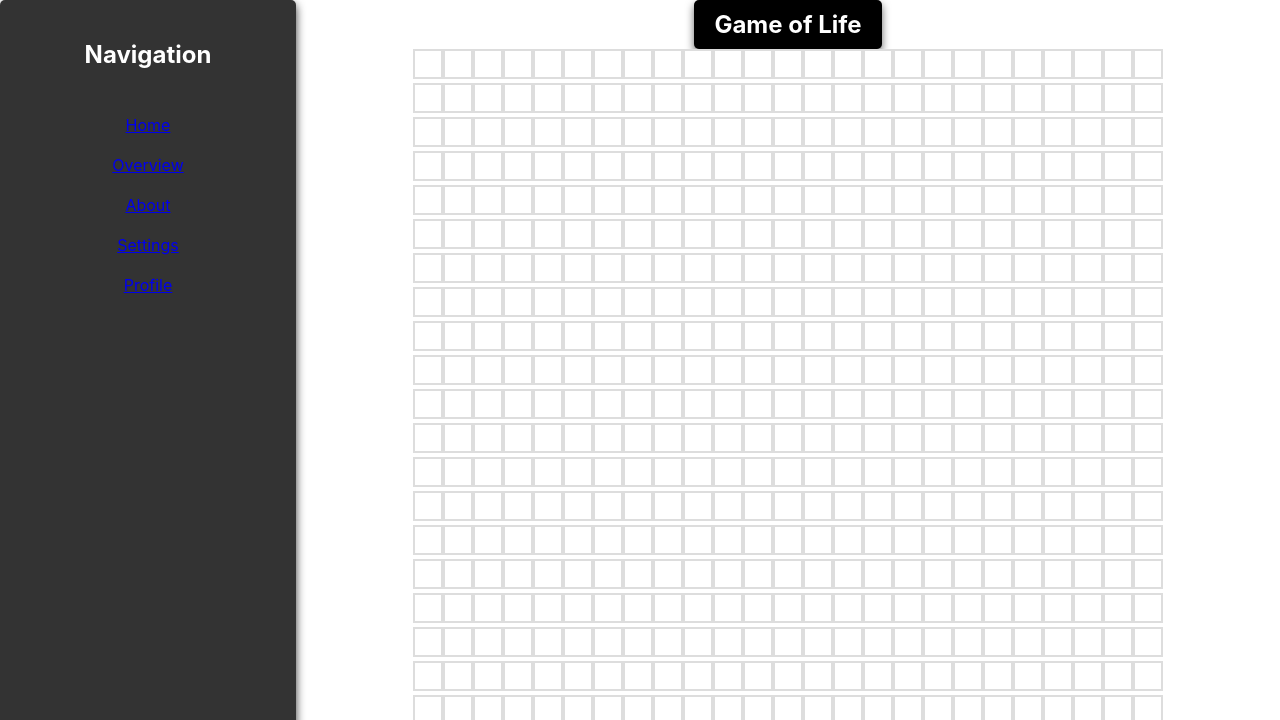
Repository: MarioDiekmann/GameOfLife
Page: /
These files come from the project's save history. The page is drawn as it stood at one moment and after the next save; the edit follows.
The browser window is 1280 px wide. The pictures show the whole page.
An inner scrolling area shows only its first screen. The project was rebuilt for these pictures with package versions that can differ from the ones it lists, and the page was loaded fresh each time. Also part of the build but not shown: src/components/InputForm.js, src/components/LoadPatternForm.js, src/components/RegistrationForm.js, src/components/LoginForm.js, src/pages/Overview.js.

Above is the page before, as saved 2024-11-06 23:26:57.

### src/App.js
import React from 'react';
import { BrowserRouter as Router, Route, Routes } from 'react-router-dom';
import Game from './components/Game';
import Overview from './pages/Overview';
import './App.css';
import {AuthProvider} from './AuthContext';


function App() {
  return (
    <AuthProvider>
    <Router>
      <div className="App">
        <Routes>
          <Route path="/" element={<Game/>} />
          <Route path="/Overview" element={<Overview/>} />
        </Routes>
      </div>
    </Router>
    </AuthProvider>
  );
}

export default App;

### src/AuthContext.js
import React, { createContext, useState, useEffect, useRef, useCallback } from 'react';

export const AuthContext = createContext();

export const AuthProvider = ({ children }) => {
    const [token, setToken] = useState(localStorage.getItem('authToken'));
    const tokenRef = useRef(token);
    const expirationCheckInterval = useRef(null);

    const isTokenExpired = (token) => {
        if (!token) return true;
        try {
            const { exp } = JSON.parse(atob(token.split('.')[1]));
            return Date.now() >= exp * 1000;
        } catch (error) {
            console.error('Error checking token expiration:', error);
            return true;
        }
    };

    const handleLogout = useCallback(() => {
        console.log('Logging out, clearing token');
        localStorage.removeItem('authToken');
        setToken(null);
        tokenRef.current = null;
        clearInterval(expirationCheckInterval.current);
    }, []);

    const handleExpirationAlert = useCallback(() => {
        console.log('Session expired, alerting user');
        alert('Your session has expired. Please log in again.');
        handleLogout();
    }, [handleLogout]);

    const handleLogin = (newToken) => {
        console.log('Logging in with new token:', newToken);
        localStorage.setItem('authToken', newToken);
        setToken(newToken);
        tokenRef.current = newToken;

        // Check for expiration immediately
        if (isTokenExpired(newToken)) {
            handleExpirationAlert();
        } else {
            startExpirationCheck();
        }
    };

    const startExpirationCheck = useCallback(() => {
        console.log('Starting expiration check interval');
        clearInterval(expirationCheckInterval.current);
        expirationCheckInterval.current = setInterval(() => {
            console.log('Interval tick, checking token expiration');
            if (isTokenExpired(tokenRef.current)) {
                handleExpirationAlert();
            }
        }, 1000);
    }, [handleExpirationAlert]);

    useEffect(() => {
        console.log('useEffect triggered: token is', token);
        tokenRef.current = token;

        if (token) {
            console.log('Token is set, starting expiration check');
            startExpirationCheck();
        } else {
            console.log('No token, clearing interval');
            clearInterval(expirationCheckInterval.current);
        }

        return () => {
            console.log('Clearing interval on unmount or dependency change');
            clearInterval(expirationCheckInterval.current);
        };
    }, [token, startExpirationCheck]);

    return (
        <AuthContext.Provider value={{ token, handleLogin, handleLogout }}>
            {children}
        </AuthContext.Provider>
    );
};

### src/components/Cell.js
import React, { useEffect, useState } from 'react';
import './Cell.css';

const Cell = ({ isAlive, onClick, numResizes }) => {
  const [cellSize, setCellSize] = useState(0);

  useEffect(() => {
    // Update cell size based on screen width and height
    const updateCellSize = () => {
      const screenWidth = window.innerWidth;
      const screenHeight = window.innerHeight;

      // Calculate the number of cells that can fit horizontally and vertically
      const cellsPerRow = Math.floor(screenWidth / 30);
      const cellsPerColumn = Math.floor(screenHeight / 30);

      // Choose the smaller of the two values to ensure the grid fits within the screen
      const screenCellSize = Math.min(screenWidth / cellsPerRow, screenHeight / cellsPerColumn);

      // Apply resizing logic with numResizes
      const finalCellSize = screenCellSize / Math.pow(2, numResizes);

      setCellSize(finalCellSize);
    };

    // Call once on mount and whenever the window is resized
    updateCellSize();
    window.addEventListener('resize', updateCellSize);

    return () => {
      window.removeEventListener('resize', updateCellSize);
    };
  }, [numResizes]);

  return (
    <div
      className={`cell ${isAlive ? 'alive' : 'dead'}`}
      onClick={onClick}
      style={{
        width: `${cellSize}px`,
        height: `${cellSize}px`,
      }}
    ></div>
  );
};

export default Cell;

### src/components/Game.css
/* Set the html and body to occupy the full viewport height */
html, body {
    height: 100%;
    margin: 0;
    overflow: hidden; /* Prevent scrolling */
}

#root, .Game-container {
    height: 100%;
    display: flex;
    flex-direction: column;
}

/* Center and control the size of the grid and buttons container */
.grid-container {
    flex-grow: 1;
    overflow: auto;
    display: flex;
    flex-direction: column;
    align-items: center;
    justify-content: center;
    max-height: 70vh; /* Limit grid height */
}

.button-container {
    display: flex;
    justify-content: center;
    margin-top: 10px;
}

.banner {
    background-color: black;
    padding: 10px 20px;
    text-align: center;
    box-shadow: 0 4px 8px rgba(0, 0, 0, 0.6);
    border-radius: 5px;
}

.banner h1 {
    color: white;
    font-size: 2.5em;
    text-shadow: 2px 2px 5px rgba(0, 0, 0, 0.8);
    margin: 0;
}

.button {
    background-color: black;
    color: white;
    padding: 10px 20px;
    border: none;
    border-radius: 5px;
    cursor: pointer;
    margin: 5px;
    text-shadow: 2px 2px 5px rgba(0, 0, 0, 0.8);
}

.button:hover {
    background-color: #333;
}

.button:disabled {
    background-color: #ccc;
    color: #666;
    cursor: not-allowed;
}

/* Overlay for modals */
.popup-overlay {
    position: fixed;
    top: 0;
    left: 0;
    width: 100vw;
    height: 100vh;
    background: rgba(0, 0, 0, 0.5);
    display: flex;
    justify-content: center;
    align-items: center;
    z-index: 1000;
}

.popup-content {
    background: white;
    padding: 20px;
    border-radius: 8px;
    box-shadow: 0 4px 8px rgba(0, 0, 0, 0.1);
    width: 300px;
}

### src/components/NavBar.js
import React from 'react';
import { Link } from 'react-router-dom';
import './NavBar.css';

const NavBar = () => {
    const navItems = [
        { name: "Home", path: "/" },
        { name: "Overview", path: "/Overview" },
        { name: "About", path: "/about" },
        { name: "Settings", path: "/settings" },
        { name: "Profile", path: "/profile" },
    ];

    return (
        <div className="navbar">
            <h2>Navigation</h2>
            <ul>
                {navItems.map((item, index) => (
                    <li key={index}>
                        <Link to={item.path}>{item.name}</Link>
                    </li>
                ))}
            </ul>
        </div>
    );
};

export default NavBar;

### src/pages/Overview.css
/* Overview.css */
.overview-container {
    display: flex;
    height: 100vh;
}

.navbar {
    width: 20%;
    background-color: #333;
    color: #fff;
    display: flex;
    flex-direction: column;
    align-items: center;
    padding-top: 20px;
    min-height: 100%;
}

.content {
    flex: 1;
    display: flex;
    flex-direction: column;
    align-items: center;
    padding: 20px;
}

.banner h1 {
    color: white;
    font-size: 1.5em;
    text-shadow: 1px 1px 2px rgba(0, 0, 0, 0.5);
    margin: 0;
}

.text-content {
    margin-top: 20px;
    color: #333;
    text-align: center;
    font-size: 1.2em;
}

### src/components/Cell.css
.cell {
  display: inline-flex; /* Align cells next to each other */
  border: 2px solid #ddd;
  box-sizing: border-box; /* Ensure padding and border are included in width/height */
  transition: background-color 0.3s;
}

.cell.alive {
  background-color: black; /* Green for living cells */
}

.cell.dead {
  background-color: white; /* Red for dead cells */
}

### src/components/NavBar.css
.navbar {
    background-color: black;            /* Black background */
    color: white;                       /* White text color */
    padding: 20px;                      /* Padding around the content */
    width: 200px;                       /* Set width for the navbar */
    box-shadow: 0 4px 10px rgba(0, 0, 0, 0.8); /* Add shadow */
    border-radius: 5px;                /* Rounded corners */
    height: 100%;                       /* Full height */
}

.navbar h2 {
    text-align: center;                 /* Center header text */
    margin-bottom: 20px;                /* Space below the header */
}

/* Other styles remain unchanged */


.navbar ul {
    list-style-type: none;              /* Remove default list styles */
    padding: 0;                         /* Remove padding */
}

.navbar li {
    padding: 10px;                      /* Padding for each item */
    cursor: pointer;                    /* Pointer cursor on hover */
    text-align: center;                 /* Center text */
    transition: background-color 0.3s;  /* Smooth background change */
}

.navbar li:hover {
    background-color: #444;             /* Change background on hover */
}

Loaded but not shown: public/index.html (common file); src/index.js (common file); src/index.css (common file); src/reportWebVitals.js (common file); src/App.css (common file); src/components/Game.js (339 lines, source omitted)

After the next save:
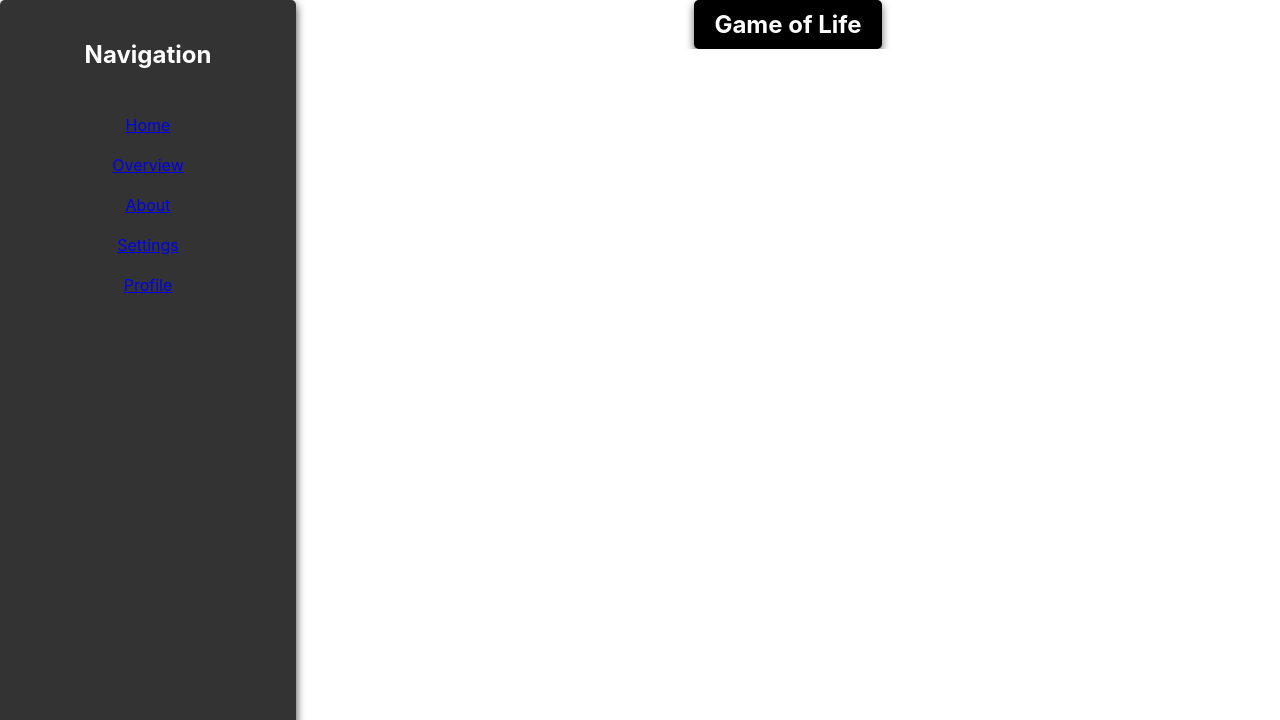
Saved 84 s later.
--- a/src/components/Cell.css
+++ b/src/components/Cell.css
@@ -1,6 +1,6 @@
 .cell {
   display: inline-flex; /* Align cells next to each other */
-  border: 2px solid #ddd;
+
   box-sizing: border-box; /* Ensure padding and border are included in width/height */
   transition: background-color 0.3s;
 }

After the save that followed:
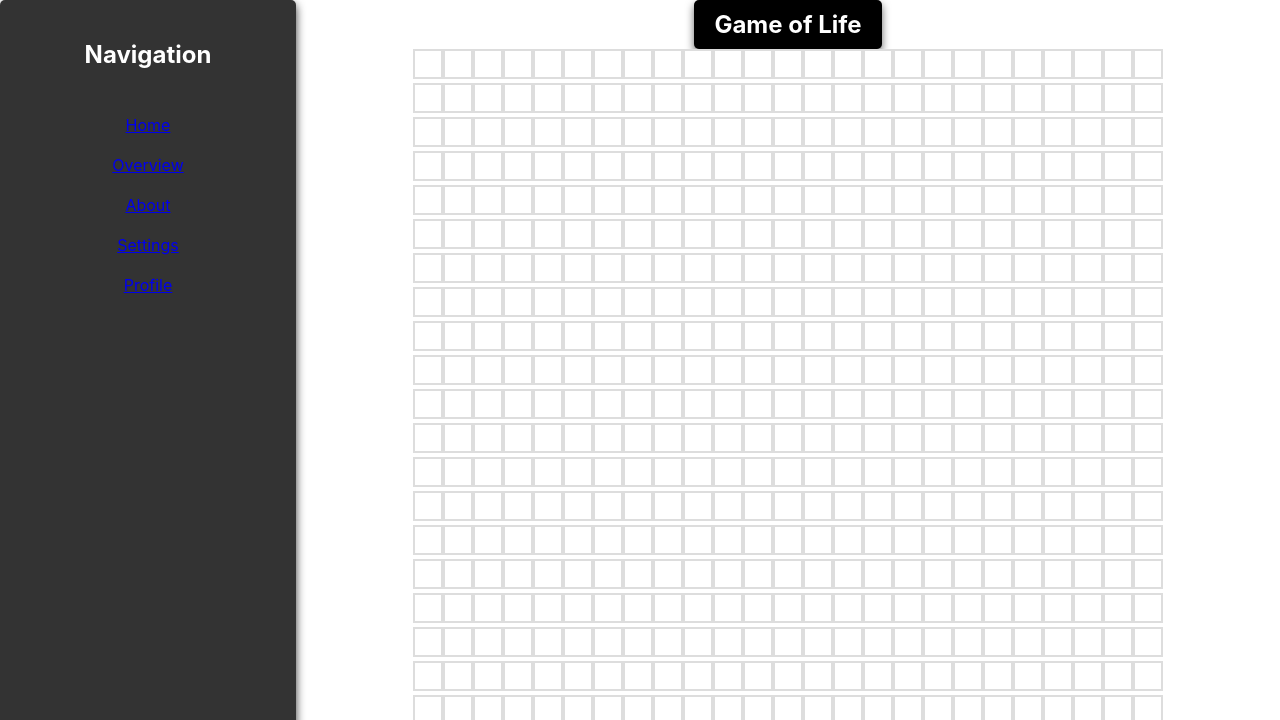
Saved 13 s later.
--- a/src/components/Cell.css
+++ b/src/components/Cell.css
@@ -1,6 +1,6 @@
 .cell {
   display: inline-flex; /* Align cells next to each other */
-
+  border: 2px solid #ddd;
   box-sizing: border-box; /* Ensure padding and border are included in width/height */
   transition: background-color 0.3s;
 }
